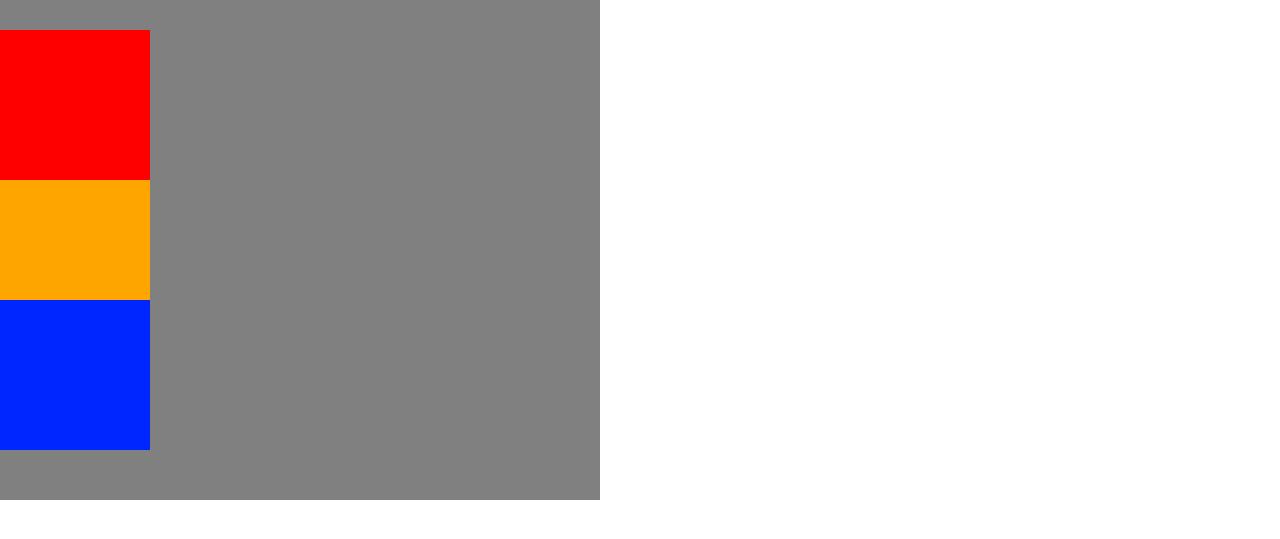
Repository: AytacSafarova/Task-12
Page: index.html
An editor plug-in stored every save of this project. The page is shown before and after the next save, followed by the edit.
The browser window is 1280 px wide. The pictures show the whole page.

Above is the page before, as saved 2023-07-27 09:09:58.

### index.html
<!DOCTYPE html>
<html lang="en">
<head>
  <meta charset="UTF-8">
  <meta name="viewport" content="width=device-width, initial-scale=1.0">
  <title>Document</title>
  <link rel="stylesheet" href="./index.css">
</head>
<body>
<div class="container">
  <div class="card"></div>
  <div class="card"></div>
  <div class="card"></div>
</div>

</body>
</html>

### index.css
*{
    margin: 0;
    padding: 0;
    box-sizing: border-box;
}

.container{
width: 600px;
height: 500px;
background-color: gray;
}
.card{
    width: 150px;
    height: 150px;
}
.card:nth-child(1){
    background-color: red;
    position: relative;
    top: 30px;
    z-index: 2;

}
.card:nth-child(2){
    background-color: orange;
}
.card:nth-child(3){
    background-color: rgb(0, 38, 255);
}

After the next save:
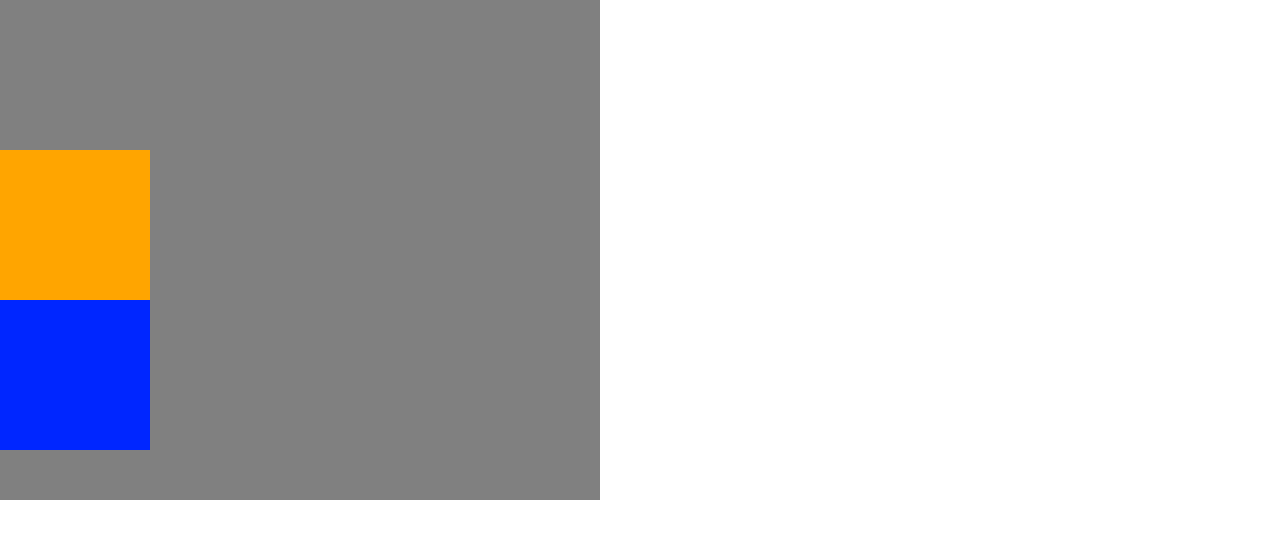
Saved 6 s later.
--- a/index.css
+++ b/index.css
@@ -17,7 +17,7 @@
     background-color: red;
     position: relative;
     top: 30px;
-    z-index: 2;
+    z-index: -2;
 
 }
 .card:nth-child(2){

After the save that followed:
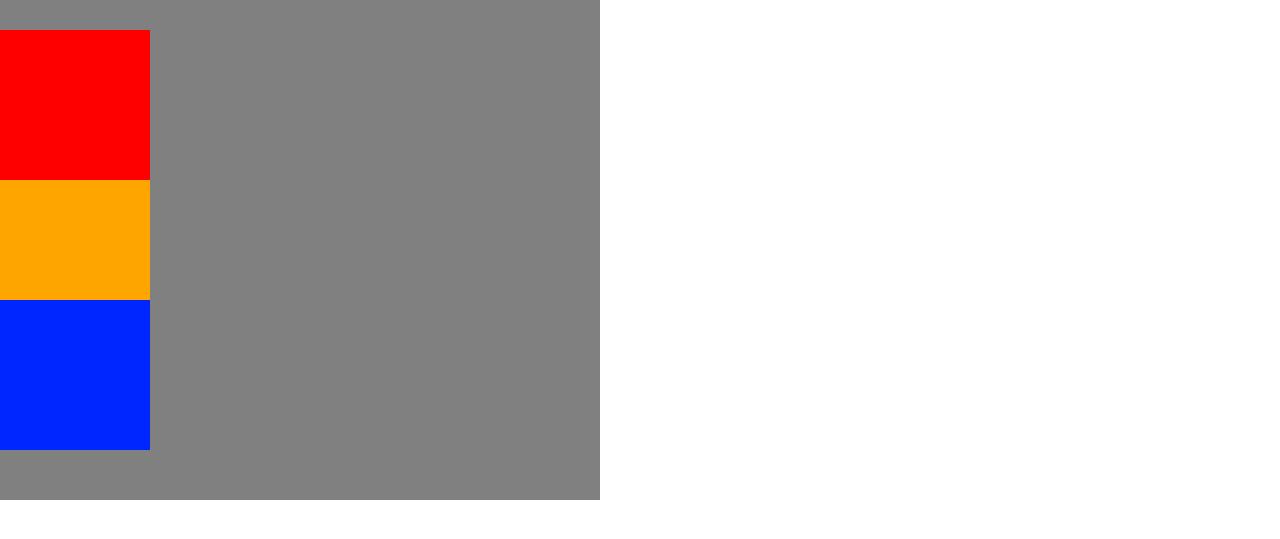
Saved 10 s later.
--- a/index.css
+++ b/index.css
@@ -17,7 +17,7 @@
     background-color: red;
     position: relative;
     top: 30px;
-    z-index: -2;
+    /* z-index: -2; */
 
 }
 .card:nth-child(2){
